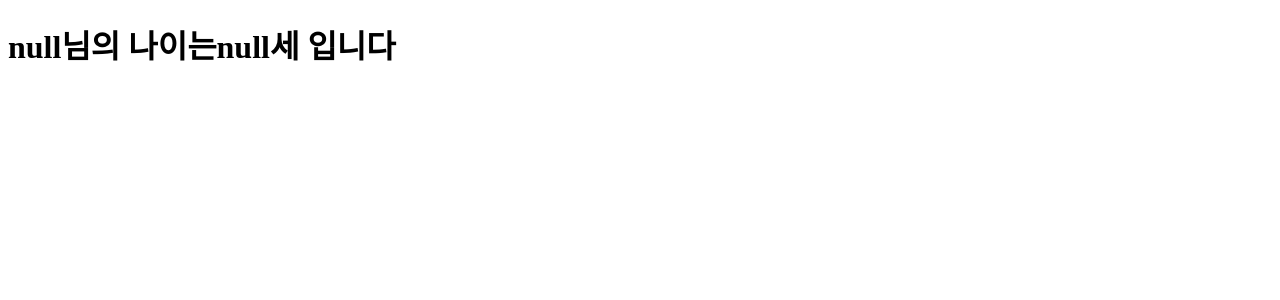
Repository: vyoonv/05_SERVER
Page: http://localhost/ServletProject/example1
These files come from the project's save history. The page is drawn as it stood at one moment and after the next save; the edit follows.
The browser window is 1280 px wide. The pictures show the whole page.
The page is served by Tomcat 10. Other server files are loaded and not shown.

Above is the page before, as saved 2024-03-21 05:10:20.

### ServletProject/src/main/java/edu/kh/servlet/controller/ExampleController1.java
package edu.kh.servlet.controller;

import java.io.IOException;
import java.io.PrintWriter;

import jakarta.servlet.ServletException;
import jakarta.servlet.http.HttpServlet; //jakarta : 자바 확장 기능 담긴 패키지
import jakarta.servlet.http.HttpServletRequest;
import jakarta.servlet.http.HttpServletResponse;

//클라이언트 -> 요청 -> 서버(Controller->Service->DAO->DB)
//요청도 제일 먼저 받고 제일 마지막에 응답하는 역할하는 것 -> Controller


// Controller : 요청(Request)에 따라 어떤 Service를 호출할지 "제어"하고
// 				어떻게 응답(Response)을 할지 "제어"하는 역할
public class ExampleController1 extends HttpServlet{

	/**
	 * doGet() 메서드
	 * -> GET 방식 요청을 처리하는 메서드
	 * HttpServlet의 메서드를 오버라이딩하여 사용
	 */
	@Override
	protected void doGet(HttpServletRequest req, HttpServletResponse resp) throws ServletException, IOException {

		// HttpServletRequest
		// - 클라이언트 요청시 생성되는 객체
		// - 클라이언트의 데이터 + 요청관련 데이터

		// HttpServletResponse
		// - 클라이언트 요청시 서버에서 생성하는 객체
		// - 서버가 클라이언트에게 응답하기 위한 방법을 제공하는 객체
		//

		System.out.println("--- 이름, 나이를 입력받아 처리하는 코드 ---");

		// 요청시 입력된 이름, 나이를 전달 받아오기

		// Parameter : 매개변수 == 다른 곳의 값을 전달 받아올 때 사용

		// req.getParameter("name 속성값");
		// -> 요청시 전달된 데이터 중
		// name 속성값이 일치하는 데이터의 value를 얻어와
		// String 형태로 반환

		// HTML에서 얻어오는 모든 값은 string형
		String name = req.getParameter("inputName");
		String age = req.getParameter("inputAge");

		System.out.println("입력 받은 이름 : " + name);
		System.out.println("입력 받은 나이 : " + age);
		// 주소창 : http://localhost:8080/example1?inputName=%홍길동&inputAge=40
		// 콘솔창 :

		// 서버 -> 클라이언트 응답하기
		// HttpServletResponse 객체 이용

		// 응답하는 문서의 형식과 문자 인코딩을 지정
		resp.setContentType("text/html; charset=UTF-8");

		// 서버 -> 클라이언트로 연결되는 스트림 얻어오기
		// 서버에서 클라이언트로 응답하는 방법은 응답페이지를 만들어 보냄
		PrintWriter out = resp.getWriter(); //서버 -> 클라이언트에게 쓰는것(출력)

		out.println("<!DOCTYPE html>");

		out.println("<html>");

			out.println("<head>");
				out.println("<title>서버 응답 결과</title>");
			out.println("</head>");

			out.println("<body>");
				out.println("<h1>");
					out.println(name +"님의 나이는" + age + "세 입니다");
				out.println("</h1>");
			out.println("</body>");

		out.println("</html>");

		// crtl+shift+r => 강력 새로고침

	}









}

After the next save:
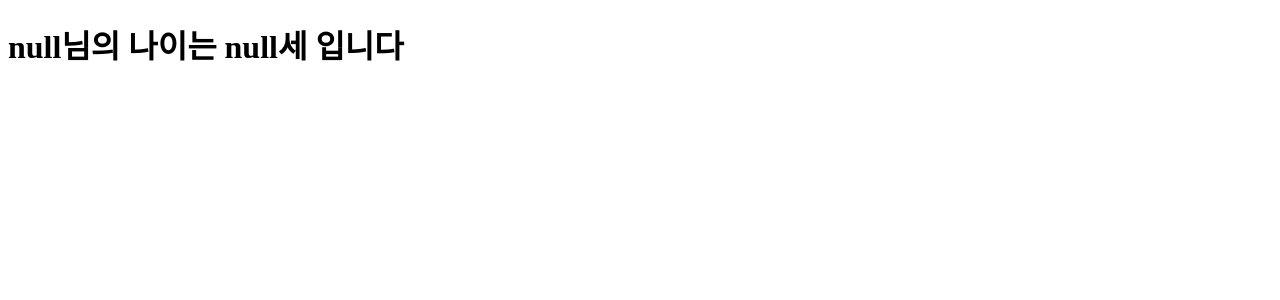
Saved 83 s later.
--- a/ServletProject/src/main/java/edu/kh/servlet/controller/ExampleController1.java
+++ b/ServletProject/src/main/java/edu/kh/servlet/controller/ExampleController1.java
@@ -73,7 +73,7 @@ public class ExampleController1 extends HttpServlet{
 
 			out.println("<body>");
 				out.println("<h1>");
-					out.println(name +"님의 나이는" + age + "세 입니다");
+					out.println(name +"님의 나이는 " + age + "세 입니다");
 				out.println("</h1>");
 			out.println("</body>");
 
